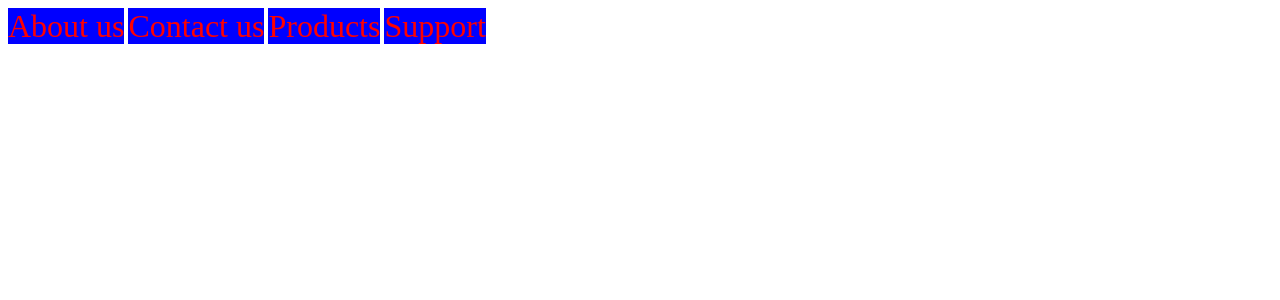
Repository: SrikanthGadde/MaGE-JavaFS
Page: Week-1/Sept1/HTML&CSS/WebContent/Test.html
These files come from the project's save history. The page is drawn as it stood at one moment and after the next save; the edit follows.
The browser window is 1280 px wide. The pictures show the whole page.

Above is the page before, as saved 2020-09-01 07:24:54.

### Week-1/Sept1/HTML&CSS/WebContent/Test.html
<!DOCTYPE html>
<html>
<head>
<!-- <meta charset="ISO-8859-1"> -->
<title>Insert title here</title>
 <!-- Property: Value-->
<style>
	a:hover {
  background-color: yellow;
}
	a{
		background-color: blue;
		color: red;
		text-align: justify;
		font-size: xx-large;
	}
</style>
</head>
<body>
<div>
	<a style="color:red">About us</a>
	<a>Contact us</a>
	<a>Products</a>
	<a>Support</a>
</div>
</body>
</html>

After the next save:
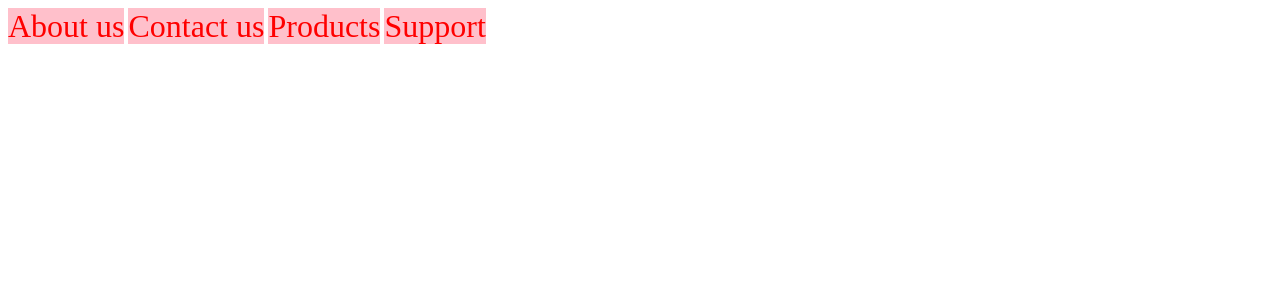
Saved 22 s later.
--- a/Week-1/Sept1/HTML&CSS/WebContent/Test.html
+++ b/Week-1/Sept1/HTML&CSS/WebContent/Test.html
@@ -9,7 +9,7 @@
   background-color: yellow;
 }
 	a{
-		background-color: blue;
+		background-color: pink;
 		color: red;
 		text-align: justify;
 		font-size: xx-large;
